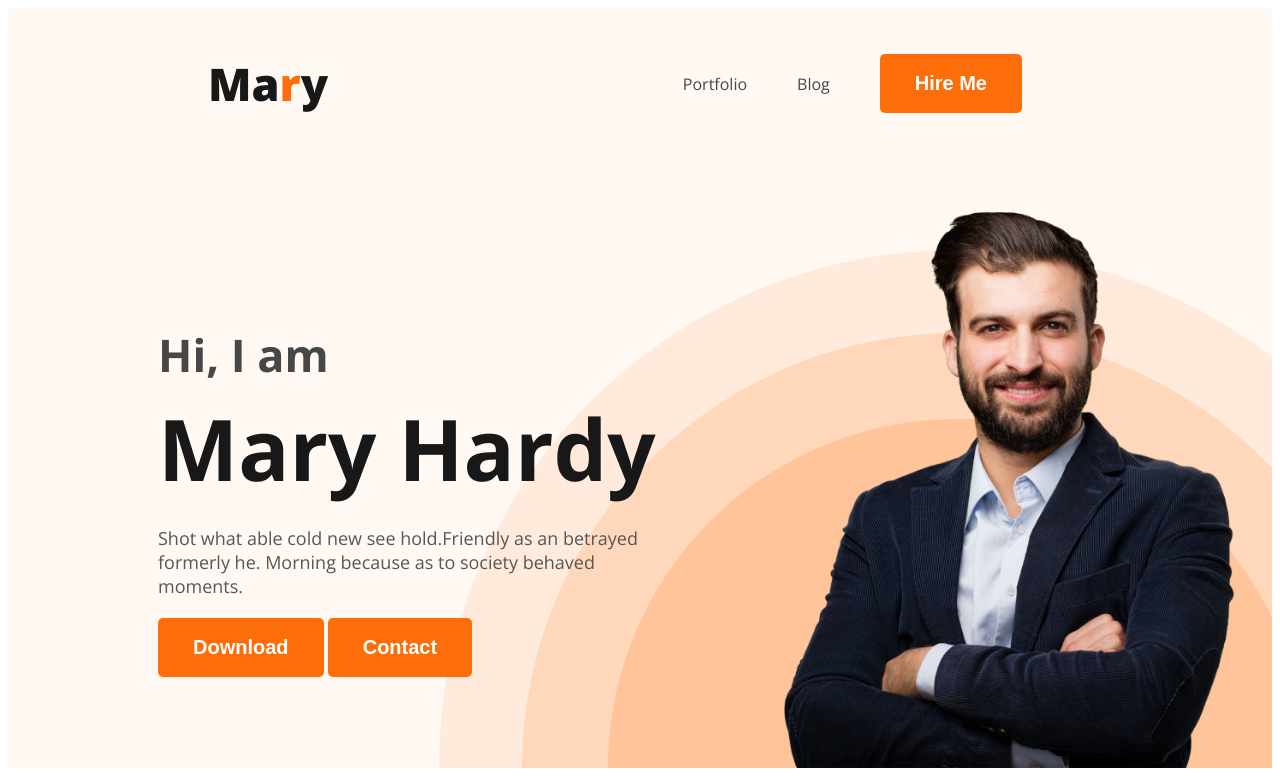
Repository: ShouravAhammed/Simple-Portfolio-Webpage
Page: index.html
The author's editor kept a copy of each file at every save. The page is drawn from the files as they stood at one save, then again after the next save.
The browser window is 1280 px wide. The pictures show the whole page.

Above is the page before, as saved 2024-01-06 01:03:39.

### index.html
<!DOCTYPE html>
<html lang="en">
<head>
    <meta charset="UTF-8">
    <meta name="viewport" content="width=device-width, initial-scale=1.0">
    <title>Mary</title>
    <link rel="stylesheet" href="index.css">
</head>
<body>
    <header class="header">
        <nav>
            <h3 class="nav-title">Ma<span class="text-primary">r</span>y</h3>
            <ul class="navber">
                <li><a href="">Portfolio</a></li>
                <li><a href="">Blog</a></li>
                <li><button class="btn-primary">Hire Me</button></li>
            </ul>
        </nav>
        <div class="banner">
            <div class="banner-content">
                <h3 class="banner-greeting">Hi, I  am</h3>
                <h1 class="banner-title">Mary Hardy</h1>
                <p class="banner-description">Shot what able cold new see hold.Friendly as an betrayed formerly he. Morning because as to society behaved moments.</p>
                <button class="btn-primary">Download</button>
                <button class="btn-primary">Contact</button>
            </div>
            <img class="profile-pic" src="images/hardy.png" alt="profile-pic">
        </div>
    </header>
    <main>

    </main>
    <footer>

    </footer>
</body>
</html>

### index.css
@import url('https://fonts.googleapis.com/css2?family=Lato:ital,wght@0,100;0,300;0,400;0,700;0,900;1,100;1,300;1,400;1,700;1,900&display=swap');
@import url('https://fonts.googleapis.com/css2?family=Open+Sans:ital,wght@0,300;0,400;0,500;0,600;0,700;0,800;1,300;1,400;1,500;1,600;1,700;1,800&display=swap');
/* google fonts import */
/* *{
    margin: 0;
    padding: 0;
    outline: 0;
} */
ul, ol{
    list-style: none;
}
body{
    font-family: 'Open Sans', sans-serif;
}
.text-primary{
    color: #FD6E0A;
}
.btn-primary{
    border-radius: 5px;
    color: #fff;
    background: #FD6E0A;
    font-size: 20px;
    font-weight: 700;
    padding: 18px 35px;
    border: 0;
}

/* nav related style */
nav{
    display: flex;
    justify-content: space-between;
    align-items: center;
    margin: 0 200px;
}
.nav-title{
    color: #181818;
    font-size: 45px;
    font-weight: 800;
}
nav > ul{
    display: flex;
    align-items: center;
}
nav li{
    margin-right: 50px;
}
nav a{
    text-decoration: none;
    color: #474747;
}
/* header related style */
.header{
    background: #FFF8F3;
    background-image: url(images/header_bg.png);
    background-position: bottom right;
    background-repeat: no-repeat;
}
.banner{
    display: flex;
    justify-content: space-between;
    padding: 30px 30px 0px 150px;
    align-items: center;
}
.banner-content{
    max-width: 500px;
}
.banner .profile-pic{
    width: 500px;
}
.banner-greeting{
    color: #474747;
    font-size: 45px;
    margin-bottom: 0;
}
.banner-title{
    color: #181818;
    font-size: 85px;
    font-weight: 700;
    margin-top: 5px;
    margin-bottom: 20px;
}
.banner-description{
    color: #575757;
    font-size: 18px;
    font-weight: 400;
    margin-bottom: 20px;
}

After the next save:
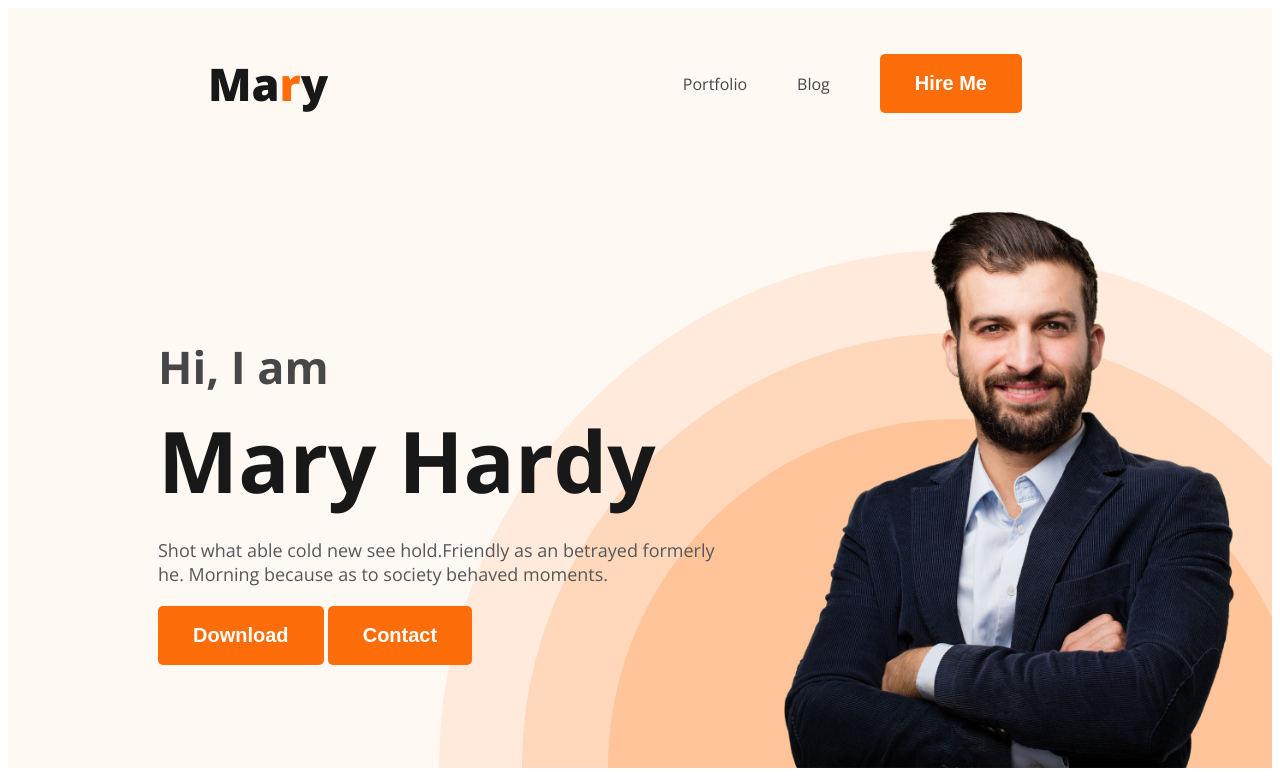
Saved 56 s later.
--- a/index.css
+++ b/index.css
@@ -62,7 +62,7 @@ nav a{
     align-items: center;
 }
 .banner-content{
-    max-width: 500px;
+    max-width: 580px;
 }
 .banner .profile-pic{
     width: 500px;
